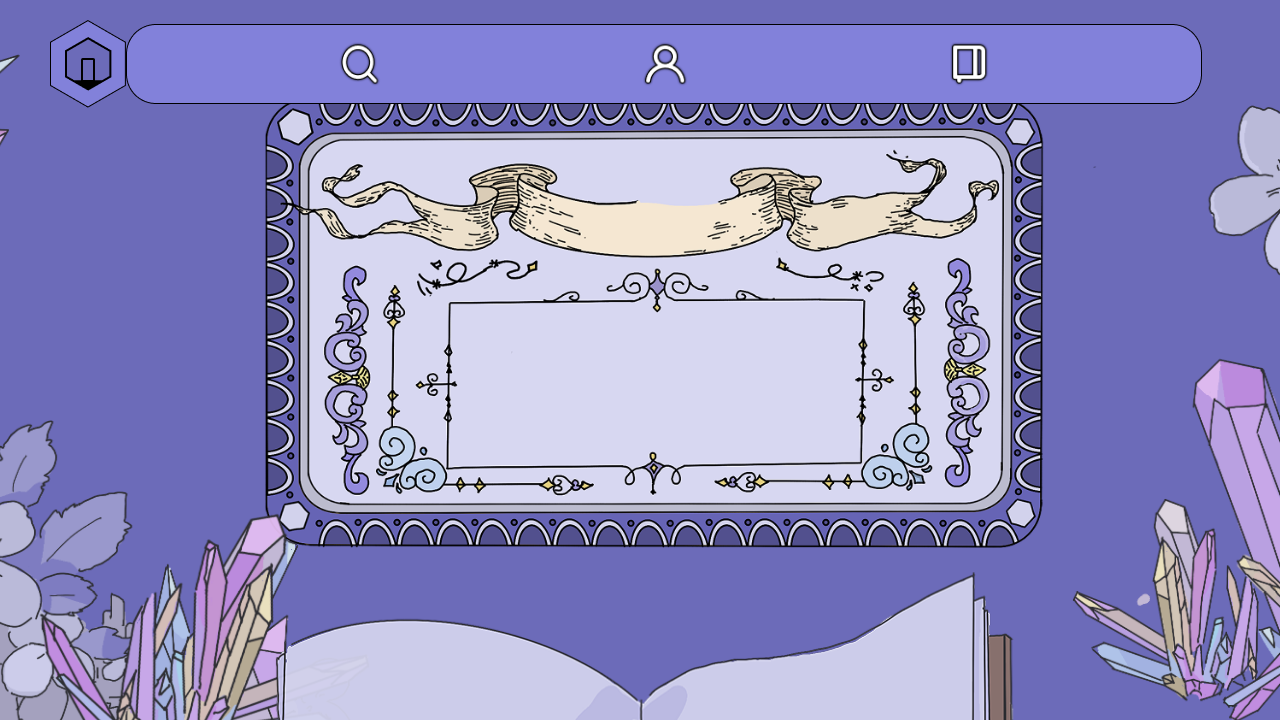
Repository: carolmmc/BabelLibrary
Page: shelf.html
An editor plug-in stored every save of this project. The page is shown before and after the next save, followed by the edit.
The browser window is 1280 px wide. The pictures show the window.
A layer covers the whole window, so only the first screen is drawn.

Above is the page before, as saved 2025-05-07 18:32:16.

### shelf.html
<!DOCTYPE html>
<html lang="zh-CN">
<head>
    <meta charset="UTF-8">
    <meta name="viewport" content="width=device-width, initial-scale=1.0">
    <style>
        * {
            margin: 0;
            padding: 0;
            box-sizing: border-box;
        }

        body {
            background: #6C6BB9;
            min-height: 100vh;
            font-family: 'PingFang SC', 'Microsoft YaHei', sans-serif;
        }

        .header {
            display: flex;
            justify-content: space-between;
            align-items: center;
            padding: 20px 50px;
            position: fixed;
            top: 0;
            left: 0;
            right: 0;
            z-index: 100;
        }

        .logo {
            width: 75.892px;
            height: 87.633px;
            flex-shrink: 0;
            object-fit: contain; /* 保持图片比例 */
        }

        /* 导航栏容器 */
        .nav-container {
            position: relative;
            width: 1076px;
            height: 80px;
        }

        /* 导航图标容器 */
        .nav-icons {
            position: absolute;
            top: 50%;
            left: 50%;
            transform: translate(-50%, -50%);
            display: flex;
            justify-content: space-between; /* 改用 space-between 实现均匀分布 */
            width: 60%; /* 控制图标分布的整体宽度范围 */
            z-index: 2;
        }

        /* 导航图标通用样式 */
        .nav-icon {
            flex-shrink: 0;
            cursor: pointer;
            filter: drop-shadow(0px 0px 1px #000);
            transition: transform 0.3s ease; /* 将过渡效果移到这里 */
        }

        /* 搜索图标 */
        .find-icon {
            width: 37px;
            height: 39px;
        }

        /* 我的图标 */
        .mine-icon {
            width: 40px;
            height: 39px;
        }

        /* 书架图标 */
        .shelf-icon {
            width: 34px;
            height: 39px;
        }

        /* 图标悬停效果 */
        .nav-icon:hover {
            transform: scale(1.1);
        }

        .content-center {
            position: absolute;
            top: 50%;
            left: 50%;
            transform: translate(-50%, -50%);
            text-align: center;
            width: 100%;
            display: flex;
            justify-content: center;
            align-items: center;
            height: 100vh;
        }

        /* 添加书架图片容器样式 */
        .shelf-image-container {
            width: 1339px;
            height: 754px;
            flex-shrink: 0;
            aspect-ratio: 279/157;
            display: flex;
            justify-content: center;
            align-items: center;
        }

        /* 书架主图样式 */
        .shelf-main-image {
            width: 100%;
            height: 100%;
            object-fit: contain;
        }

        /* 底部装饰图样式 */
        .bottom-decoration {
            position: fixed;
            bottom: 0;
            left: 50%;
            transform: translateX(-50%);  /* 居中定位 */
            width: 1526px;  /* 使用原始宽度 */
            height: 859px;  /* 使用原始高度 */
            background: url('homepage frame1.png') bottom center no-repeat;
            background-size: contain;  /* 确保图片完整显示 */
            z-index: 1;
            animation: breath-animation 4s ease-in-out infinite;
        }

        /* 添加第二个装饰图样式 */
        .decoration-frame2 {
            position: fixed;
            bottom: 0;
            left: 50%;
            transform: translateX(-50%);
            width: 775px;
            height: 155px;
            flex-shrink: 0;
            aspect-ratio: 5/1;
            background: url('homepageframe2.png') center no-repeat;
            background-size: contain;
            z-index: 2; /* 确保显示在第一个装饰图之上 */
            animation: breath-animation 4s ease-in-out infinite;
        }

        /* 修改呼吸动画 */
        @keyframes breath-animation {
            0%, 100% {
                opacity: 0.9;
                transform: translateX(-50%) scale(1);  /* 保持居中的同时缩放 */
            }
            50% {
                opacity: 1;
                transform: translateX(-50%) scale(1.02);
            }
        }
    </style>
</head>
<body>
    <header class="header">
        <img src="logo.png" alt="巴别插画 Logo" class="logo">
        <div class="nav-container">
            <img src="navigate background.png" alt="导航栏" class="nav-background">
            <div class="nav-icons">
                <img src="find.png" alt="搜索" class="nav-icon find-icon">
                <img src="mine.png" alt="我的" class="nav-icon mine-icon">
                <img src="shelf.png" alt="书架" class="nav-icon shelf-icon">
            </div>
        </div>
        <div style="width: 150px;"></div>
    </header>

    <div class="content-center">
        <div class="shelf-image-container">
            <img src="shelf1.png" alt="书架" class="shelf-main-image">
        </div>
    </div>
    <div class="bottom-decoration"></div>
    <div class="decoration-frame2"></div>
</body>
</html>

After the next save:
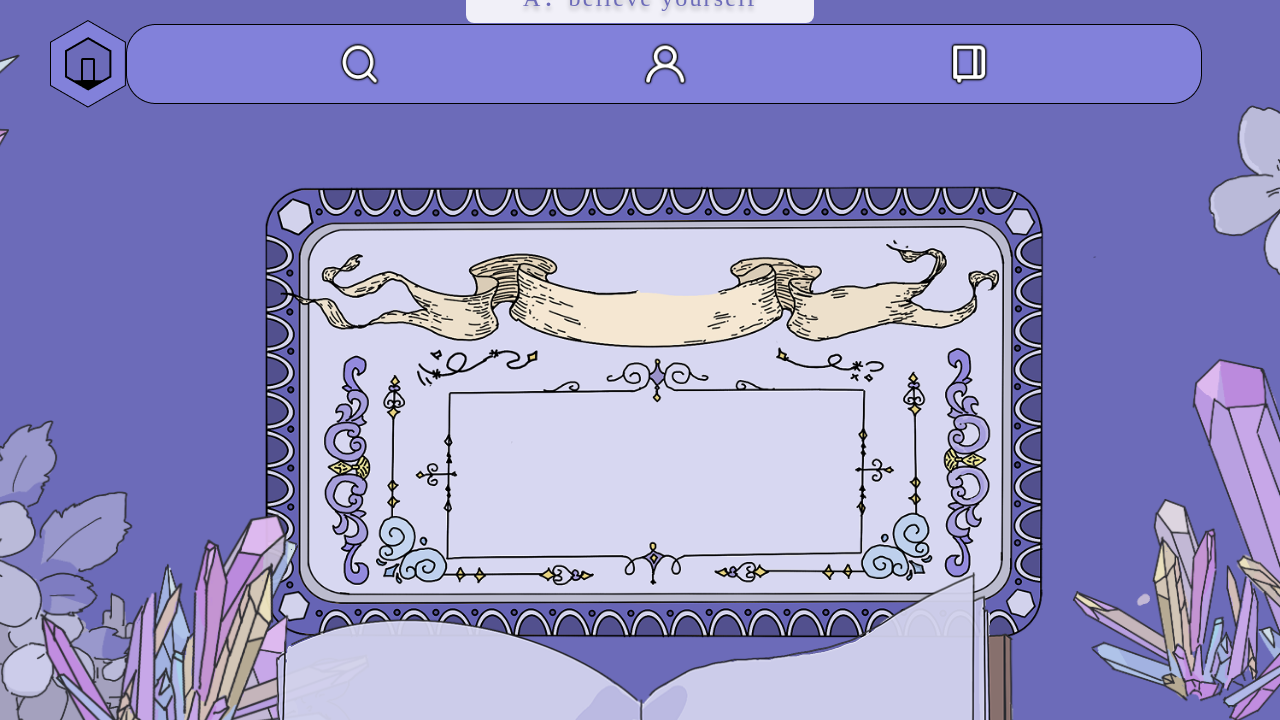
Saved 2 h 14 min later.
--- a/shelf.html
+++ b/shelf.html
@@ -114,6 +114,34 @@
             width: 100%;
             height: 100%;
             object-fit: contain;
+        }
+
+        /* 添加文字样式 */
+        .qa-text {
+            color: #6C6BB9;
+            text-align: center;
+            text-shadow: 0px 4px 4px rgba(0, 0, 0, 0.25);
+            font-family: Poppins;
+            font-size: 24px;
+            font-style: normal;
+            font-weight: 400;
+            line-height: normal;
+            letter-spacing: 2.16px;
+            margin-bottom: 20px;
+        }
+
+        .question, .answer {
+            margin: 10px 0;
+            background: rgba(255, 255, 255, 0.9);
+            padding: 10px 20px;
+            border-radius: 8px;
+        }
+
+        .shelf-container {
+            display: flex;
+            flex-direction: column;
+            align-items: center;
+            gap: 20px;
         }
 
         /* 底部装饰图样式 */
@@ -174,8 +202,15 @@
     </header>
 
     <div class="content-center">
-        <div class="shelf-image-container">
-            <img src="shelf1.png" alt="书架" class="shelf-main-image">
+        <div class="shelf-container">
+            <!-- 添加文字部分 -->
+            <div class="qa-text">
+                <p class="question">Q：this game i can get ssr</p>
+                <p class="answer">A：believe yourself</p>
+            </div>
+            <div class="shelf-image-container">
+                <img src="shelf1.png" alt="书架" class="shelf-main-image">
+            </div>
         </div>
     </div>
     <div class="bottom-decoration"></div>

After the save that followed:
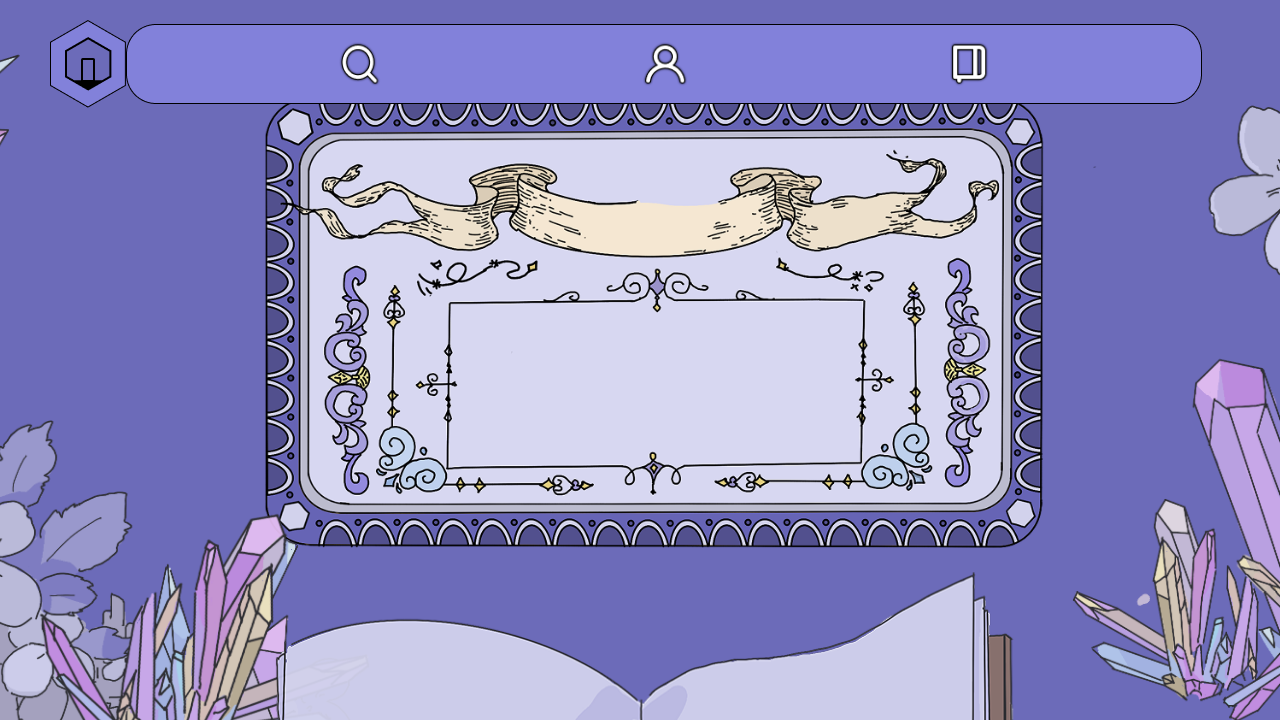
Saved 19 s later.
--- a/shelf.html
+++ b/shelf.html
@@ -116,34 +116,6 @@
             object-fit: contain;
         }
 
-        /* 添加文字样式 */
-        .qa-text {
-            color: #6C6BB9;
-            text-align: center;
-            text-shadow: 0px 4px 4px rgba(0, 0, 0, 0.25);
-            font-family: Poppins;
-            font-size: 24px;
-            font-style: normal;
-            font-weight: 400;
-            line-height: normal;
-            letter-spacing: 2.16px;
-            margin-bottom: 20px;
-        }
-
-        .question, .answer {
-            margin: 10px 0;
-            background: rgba(255, 255, 255, 0.9);
-            padding: 10px 20px;
-            border-radius: 8px;
-        }
-
-        .shelf-container {
-            display: flex;
-            flex-direction: column;
-            align-items: center;
-            gap: 20px;
-        }
-
         /* 底部装饰图样式 */
         .bottom-decoration {
             position: fixed;
@@ -202,15 +174,8 @@
     </header>
 
     <div class="content-center">
-        <div class="shelf-container">
-            <!-- 添加文字部分 -->
-            <div class="qa-text">
-                <p class="question">Q：this game i can get ssr</p>
-                <p class="answer">A：believe yourself</p>
-            </div>
-            <div class="shelf-image-container">
-                <img src="shelf1.png" alt="书架" class="shelf-main-image">
-            </div>
+        <div class="shelf-image-container">
+            <img src="shelf1.png" alt="书架" class="shelf-main-image">
         </div>
     </div>
     <div class="bottom-decoration"></div>
